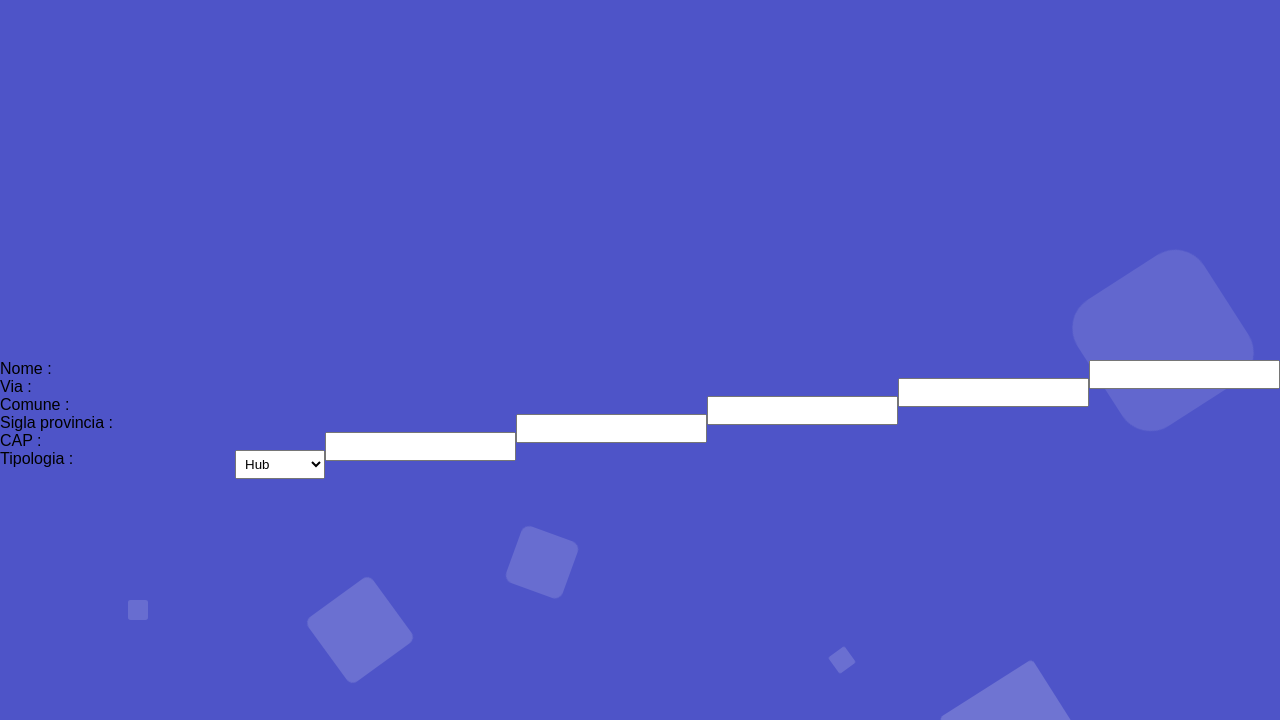
Repository: Jok98/CentriVaccinaliWebApp
Page: http://localhost/CentriVaccinaliOperatori/iscrizionecentrovax.jsp
These files come from the project's save history. The page is drawn as it stood at one moment and after the next save; the edit follows.
The browser window is 1280 px wide. The pictures show the whole page.
Some web fonts or font styles are not loaded; a fallback is used. The page is served by Tomcat 9.

Above is the page before, as saved 2022-09-24 15:46:29.

### CentriVaccinaliOperatori/src/main/webapp/iscrizionecentrovax.jsp
<%@ page language="java" contentType="text/html; charset=ISO-8859-1"
	pageEncoding="ISO-8859-1"%>
<!DOCTYPE html>
<html>
<head>
<meta charset="ISO-8859-1">
<link rel="stylesheet" href="css/form.css">
<link rel="stylesheet" href="css/background.css">
<title>Iscrizione Centri Vaccinali</title>
</head>
<body>
	<div class="area">
		<ul class="circles">
			<li></li>
			<li></li>
			<li></li>
			<li></li>
			<li></li>
			<li></li>
			<li></li>
			<li></li>
			<li></li>
			<li></li>
		</ul>
	</div>
	<div class="context" align="center" >
		<form action="" >
		<label class="label" for="nomeCenvax" >Nome : </label>
		<input class="input" type="text" id="nomecenvax" name="nomecenvax">
		<br>
		<label class="label" for="viaCenvax">Via : </label>
		<input class="input" type="text" id="viaCenvax" name="viaCenvax">
		<br>
		<label class="label" for="comuneCenvax">Comune : </label>
		<input class="input" type="text" id="viaCenvax" name="viaCenvax">
		<br>
		<label class="label" for="sigprovCenvax">Sigla provincia : </label>
		<input class="input" type="text" id="sigprovCenvax" name="sigprovCenvax">
		<br>
		<label class="label" for="capCenvax">CAP : </label>
		<input class="input" type="text" id="capCenvax" name="capCenvax">
		<br>
		<label class="label" for="tipoCenvax">Tipologia : </label>
		<select class="input" name="tipoCenvax" id="tipoCenvax">
			<option value="Hub">Hub</option>
			<option value="Azienda">Azienda</option>
			<option value="Ospedale">Ospedale</option>
		</select>

		</form>
	</div>

</body>
</html>

### CentriVaccinaliOperatori/src/main/webapp/css/form.css
@charset "ISO-8859-1";

/* bottoni */
.button {
color: rgb(255, 255, 255);
font-size: 30px; line-height: 30px;
padding: 10px;
border-radius: 12px;
font-family: Georgia, serif;
font-weight: normal;
text-decoration: none;
font-style: normal;
font-variant: normal;
text-transform: none;
background-image: radial-gradient(at center center, rgb(12, 111, 164) 0%, rgb(10, 136, 164) 100%, rgb(12, 111, 164) 100%);
box-shadow: rgba(0, 0, 0, 0) 81px -57px 0px 0px;
border: 2px solid rgb(28, 110, 164);
display: inline-block;}
.button:hover {
background: #80c3ff; }
.button:active {
background: #1ca4ff; }

.label{
	 float: left;
}

.input{
	 float: right;
	 padding: 5px;

}

### CentriVaccinaliOperatori/src/main/webapp/css/background.css
@charset "ISO-8859-1";
@import url('https://fonts.googleapis.com/css?family=Exo:400,700');

*{
    margin: 0px;
    padding: 0px;
}

html{
    font-family: 'Exo', sans-serif;
}


.context {
    width: 100%;
    position: absolute;
    top:50vh;

}

.context h1{
    text-align: center;
    color: #fff;
    font-size: 50px;
}


.area{
    background: #4e54c8;
    background: -webkit-linear-gradient(to left, #8f94fb, #4e54c8);
    width: 100%;
    height:100vh;


}

.circles{
    position: absolute;
    top: 0;
    left: 0;
    width: 100%;
    height: 100%;
    overflow: hidden;
}

.circles li{
    position: absolute;
    display: block;
    list-style: none;
    width: 20px;
    height: 20px;
    background: rgba(255, 255, 255, 0.2);
    animation: animate 25s linear infinite;
    bottom: -150px;

}

.circles li:nth-child(1){
    left: 25%;
    width: 80px;
    height: 80px;
    animation-delay: 0s;
}


.circles li:nth-child(2){
    left: 10%;
    width: 20px;
    height: 20px;
    animation-delay: 2s;
    animation-duration: 12s;
}

.circles li:nth-child(3){
    left: 70%;
    width: 20px;
    height: 20px;
    animation-delay: 4s;
}

.circles li:nth-child(4){
    left: 40%;
    width: 60px;
    height: 60px;
    animation-delay: 0s;
    animation-duration: 18s;
}

.circles li:nth-child(5){
    left: 65%;
    width: 20px;
    height: 20px;
    animation-delay: 0s;
}

.circles li:nth-child(6){
    left: 75%;
    width: 110px;
    height: 110px;
    animation-delay: 3s;
}

.circles li:nth-child(7){
    left: 35%;
    width: 150px;
    height: 150px;
    animation-delay: 7s;
}

.circles li:nth-child(8){
    left: 50%;
    width: 25px;
    height: 25px;
    animation-delay: 15s;
    animation-duration: 45s;
}

.circles li:nth-child(9){
    left: 20%;
    width: 15px;
    height: 15px;
    animation-delay: 2s;
    animation-duration: 35s;
}

.circles li:nth-child(10){
    left: 85%;
    width: 150px;
    height: 150px;
    animation-delay: 0s;
    animation-duration: 11s;
}



@keyframes animate {

    0%{
        transform: translateY(0) rotate(0deg);
        opacity: 1;
        border-radius: 0;
    }

    100%{
        transform: translateY(-1000px) rotate(720deg);
        opacity: 0;
        border-radius: 50%;
    }

}

After the next save:
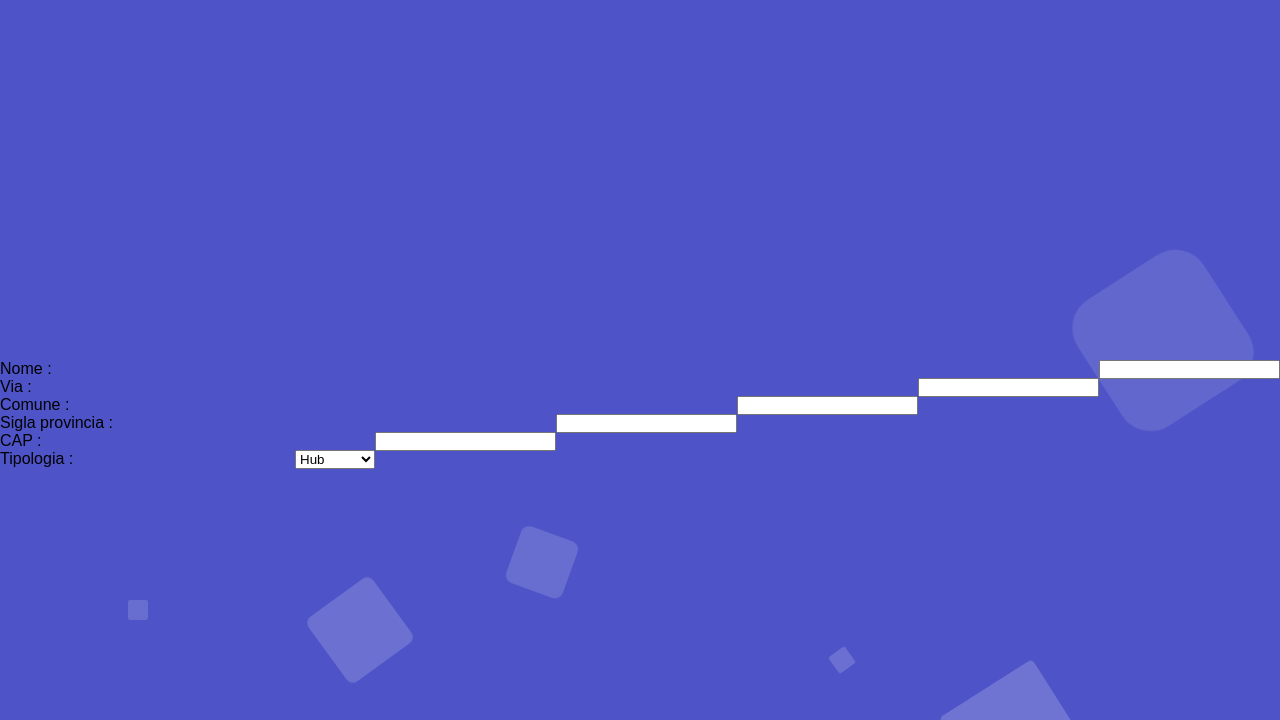
Saved 20 s later.
--- a/CentriVaccinaliOperatori/src/main/webapp/css/form.css
+++ b/CentriVaccinaliOperatori/src/main/webapp/css/form.css
@@ -27,6 +27,6 @@ background: #1ca4ff; }
 
 .input{
 	 float: right;
-	 padding: 5px;
+	 display: inline-block;
 
 }
